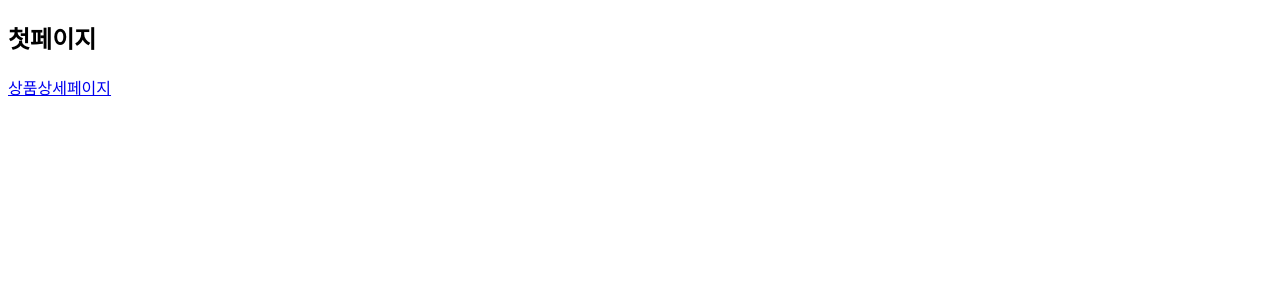
Repository: GTEM0/Acorn-classEdue2-java2-
Page: http://localhost/acorntblPrj230905/home
These files come from the project's save history. The page is drawn as it stood at one moment and after the next save; the edit follows.
The browser window is 1280 px wide. The pictures show the whole page.
The page is served by Tomcat 9. Other server files are loaded and not shown.

Above is the page before, as saved 2023-09-05 05:31:37.

### acorntblPrj230905/src/main/webapp/WEB-INF/views/home.jsp
<%@ page language="java" contentType="text/html; charset=UTF-8"
    pageEncoding="UTF-8"%>
<!DOCTYPE html>
<html>
<head>
<meta charset="UTF-8">
<title>Insert title here</title>
</head>
<body>


<h2>첫페이지</h2>

<a href = "/cartPrj/itemDetail">상품상세페이지</a>
</body>
</html>

### acorntblPrj230905/src/main/java/acorntblPrj230905/HomeServlet.java
package cartPrj;

import java.io.IOException;

import javax.servlet.ServletException;
import javax.servlet.annotation.WebServlet;
import javax.servlet.http.HttpServlet;
import javax.servlet.http.HttpServletRequest;
import javax.servlet.http.HttpServletResponse;

@WebServlet("/home")
public class HomeServlet extends HttpServlet{

	@Override
	protected void doGet(HttpServletRequest req, HttpServletResponse resp) throws ServletException, IOException {

		req.getRequestDispatcher("WEB-INF/views/home.jsp").forward(req, resp);
	}

}

After the next save:
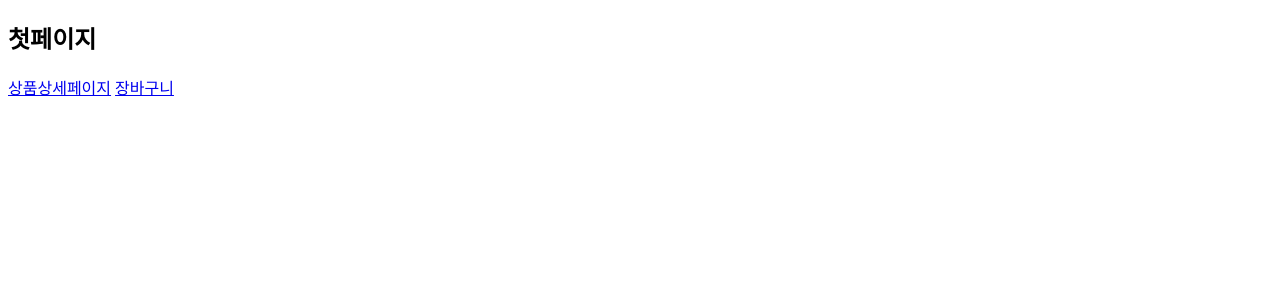
Saved 10 min 50 s later.
--- a/acorntblPrj230905/src/main/webapp/WEB-INF/views/home.jsp
+++ b/acorntblPrj230905/src/main/webapp/WEB-INF/views/home.jsp
@@ -12,5 +12,6 @@
 <h2>첫페이지</h2>
 
 <a href = "/cartPrj/itemDetail">상품상세페이지</a>
+<a href = "/cartPrj/cartList">장바구니</a>
 </body>
 </html>
